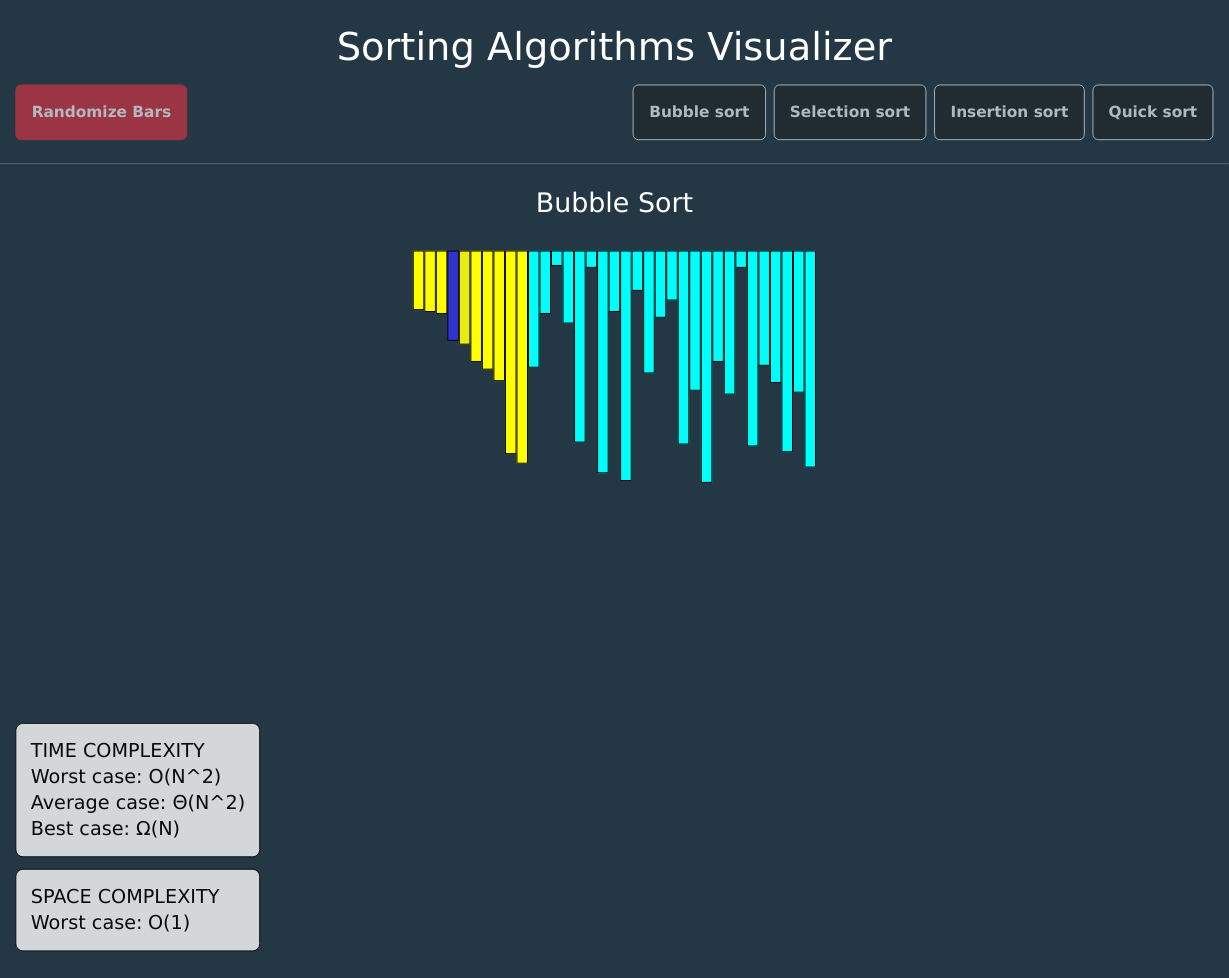
Repository: Vasil1001/Sorting-Algorithms-Visualizer-js
Page: views/index.html
These files come from the project's save history. The page is drawn as it stood at one moment and after the next save; the edit follows.
The browser window is 1280 px wide. The pictures show the whole page, at 96% of full size.
After loading, the first visible `#insertion_sort` was clicked once.

Above is the page before, as saved 2022-11-04 01:35:07.

After the next save:
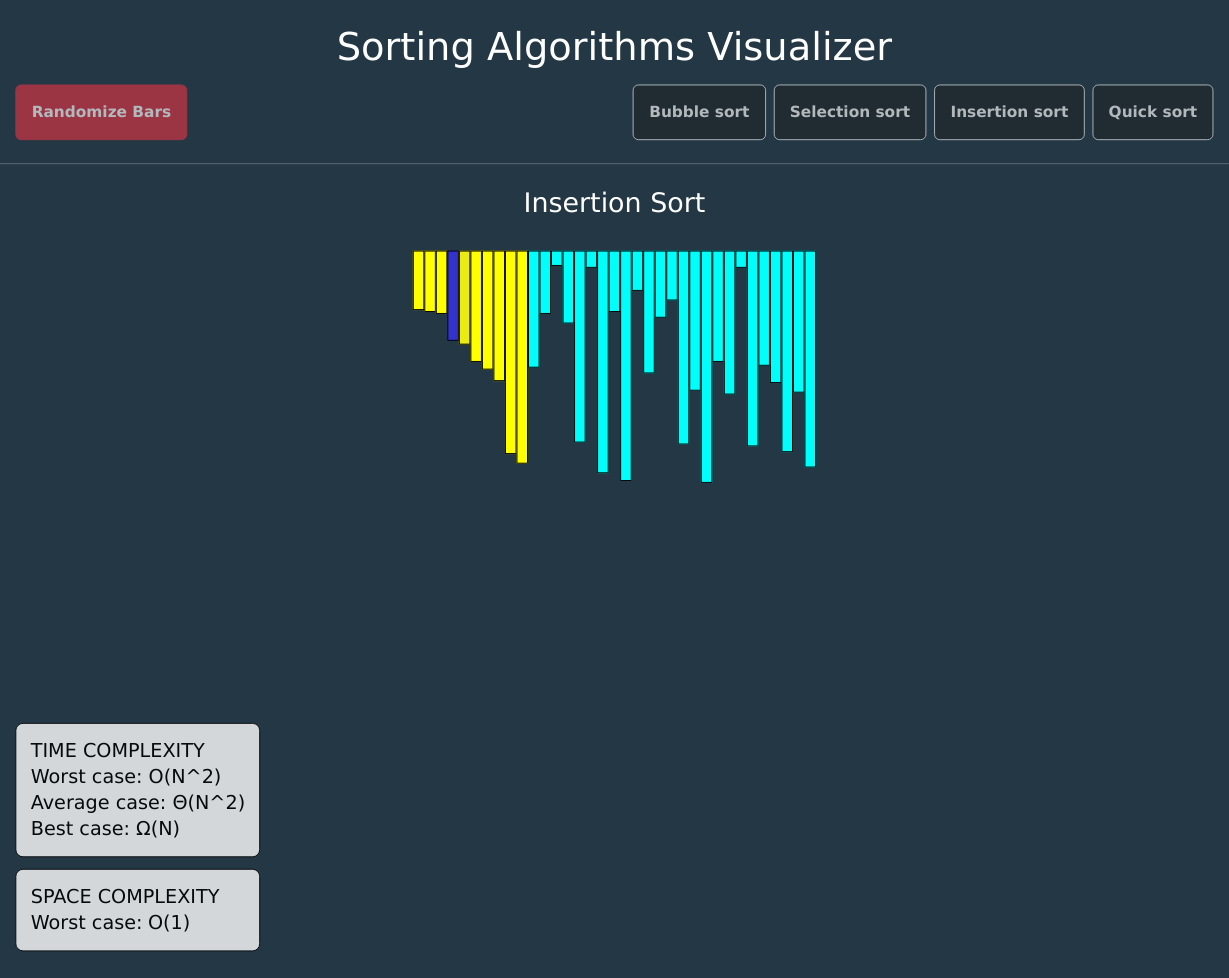
Saved 4 s later.
--- a/sort_algos_js_files/insertion.js
+++ b/sort_algos_js_files/insertion.js
@@ -1,7 +1,7 @@
 async function insertionSort() {
 
     // Algo name
-    document.getElementById("algorithm_running").innerText = "Bubble Sort";
+    document.getElementById("algorithm_running").innerText = "Insertion Sort";
 
     //Setting Time complexities
     document.getElementById("worst_time").innerText = "O(N^2)";
